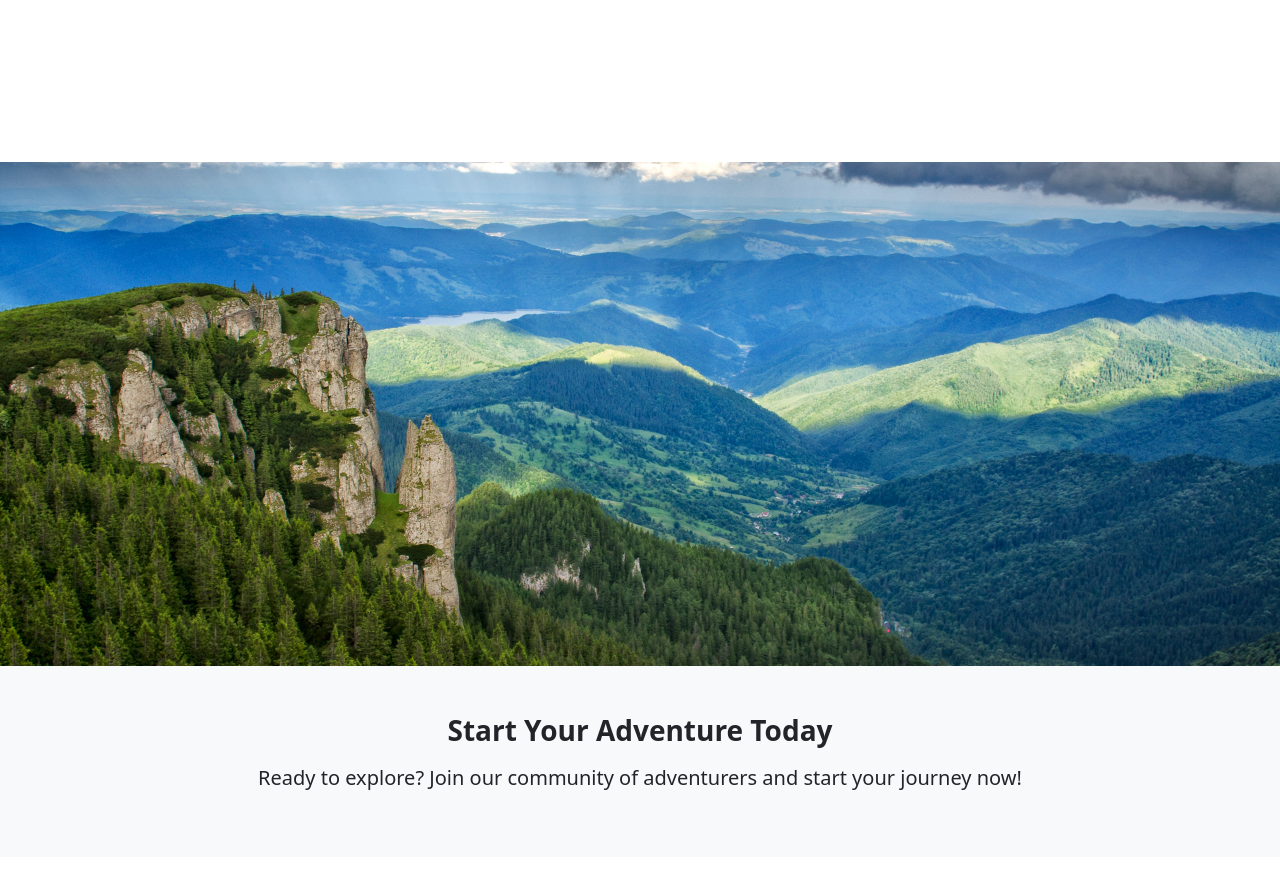
Repository: bettowww/TravelDSA
Page: /home
These files come from the project's save history. The page is drawn as it stood at one moment and after a run of saves; the edit follows.
The browser window is 1280 px wide. The pictures show the whole page.
The project was rebuilt for these pictures with package versions that can differ from the ones it lists, and the page was loaded fresh each time. The framework's server and built-in components were replaced by stand-ins that run in the browser. Also part of the build but not shown: next.config.mjs.

Above is the page before, as saved 2024-12-10 14:16:39.

After the next 6 saves:
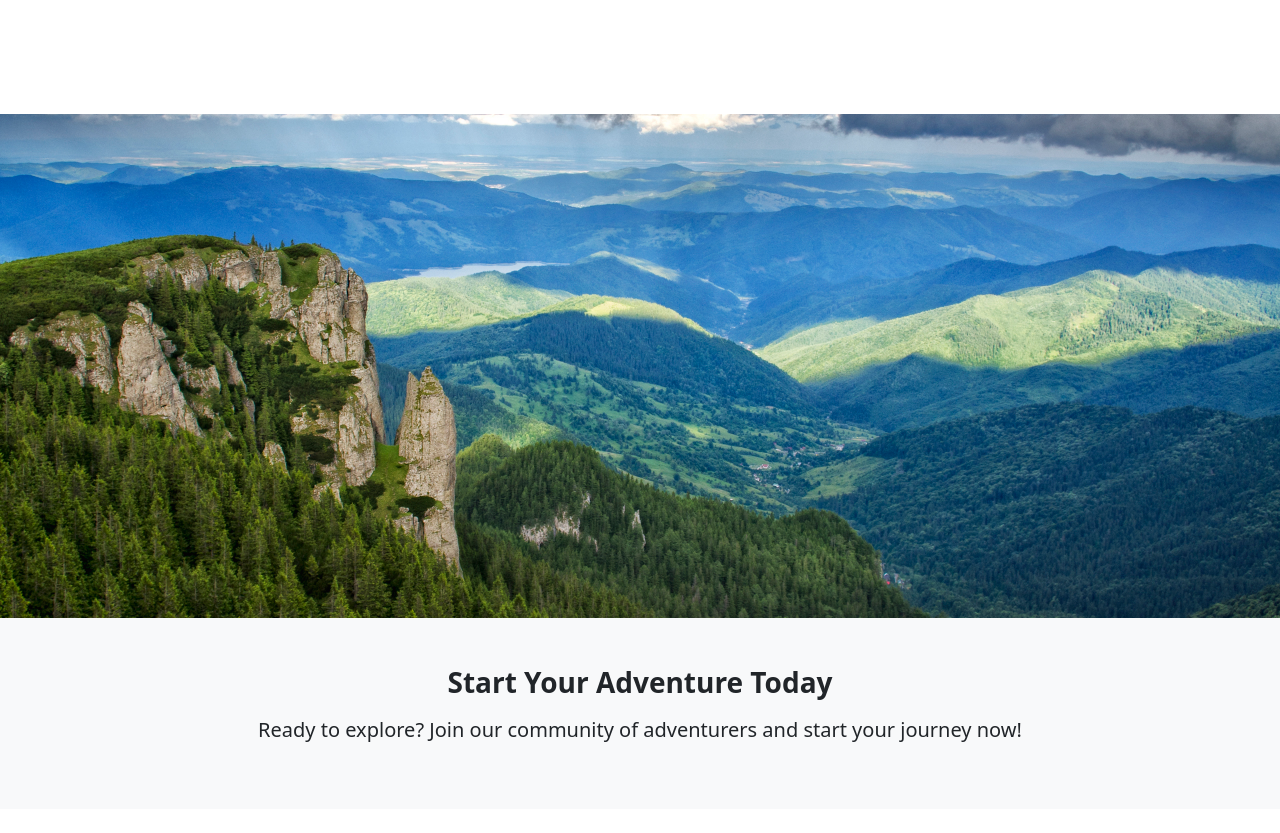
The 6 saves are shown as one change because they came seconds apart.
The last was saved 23 s later.
--- a/app/home/page.jsx
+++ b/app/home/page.jsx
@@ -13,7 +13,7 @@ const HomePage = () => {
     <div>
       {/* Header Section */}
       <header>
-        <div className="text-center my-5">
+        <div className="text-center my-4">
           <h1 className="text-white fs-3 fw-bolder">
             Welcome to TravelDSA
           </h1>
